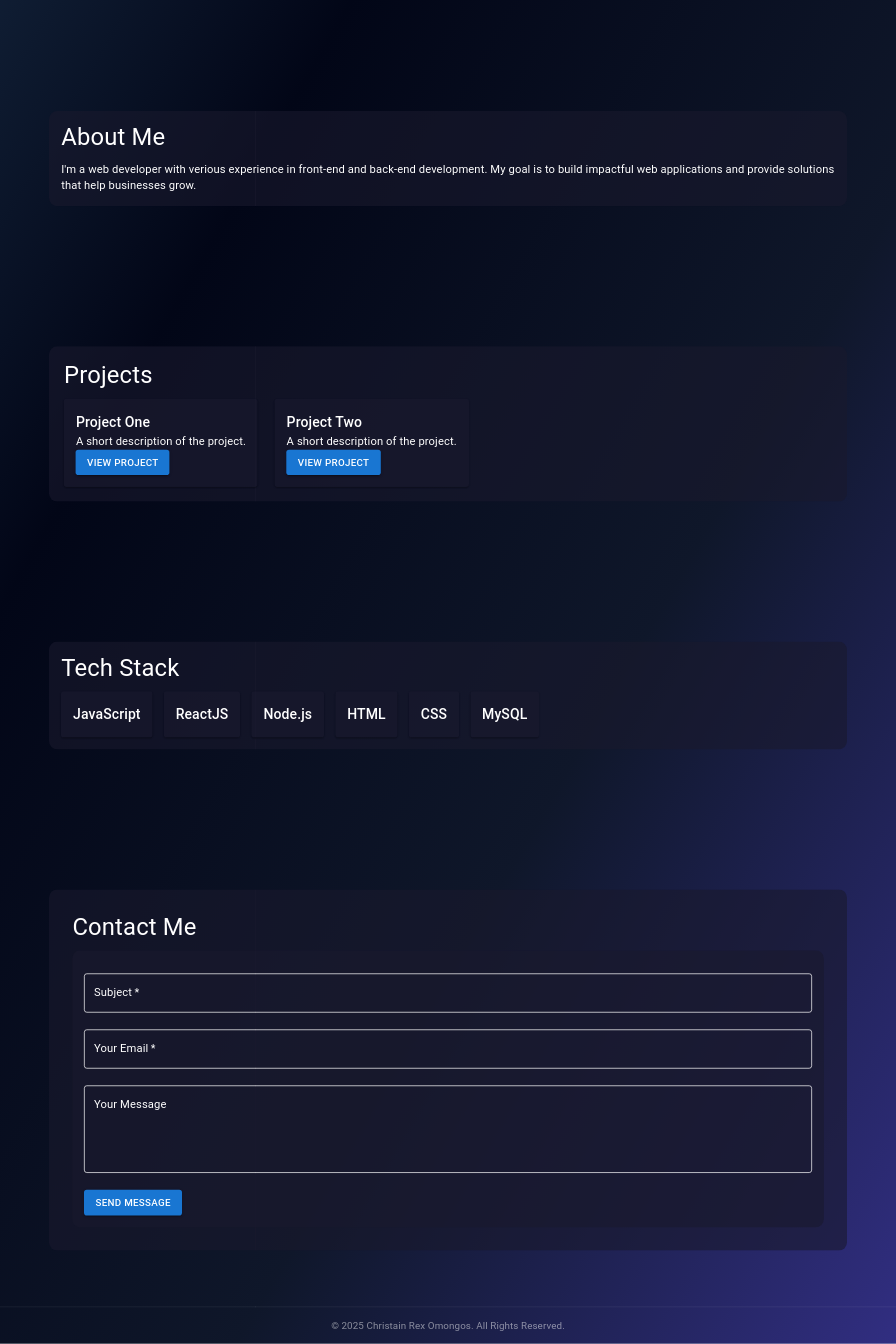
Repository: mikeshadowcoder/myWeb
Page: /
These files come from the project's save history. The page is drawn as it stood at one moment and after the next save; the edit follows.
The browser window is 1280 px wide. The pictures show the part of the page from y = 761 to 2681 px (the page is 2681 px tall before and 2679 px after), at 70% of full size.
The project was rebuilt for these pictures with package versions that can differ from the ones it lists, and the page was loaded fresh each time.

Above is the page before, as saved 2026-01-21 22:59:06.

After the next save:
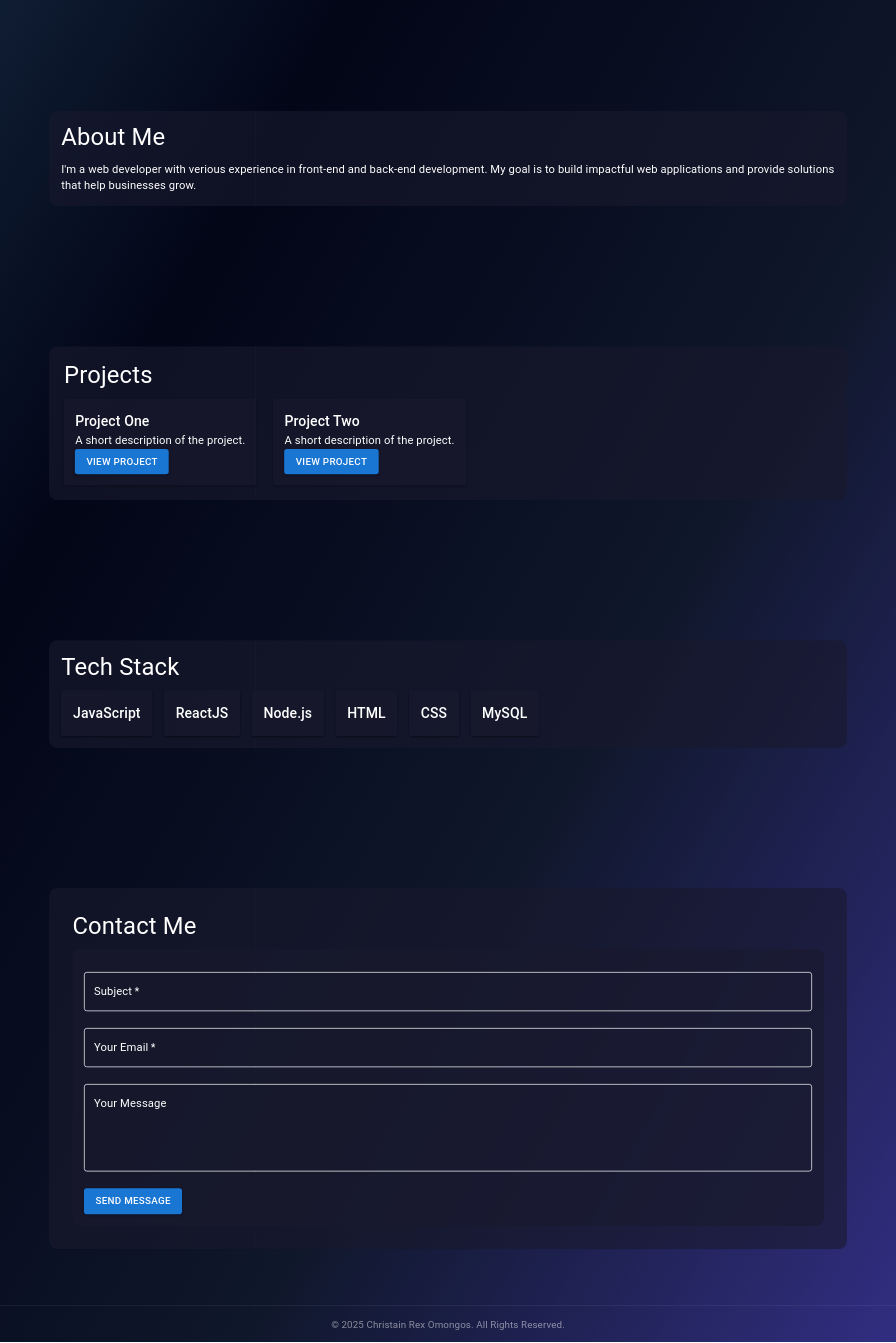
Saved 19 h 58 min later.
--- a/src/components/Content.js
+++ b/src/components/Content.js
@@ -27,7 +27,7 @@
         <Grid2 container spacing={3}>
           {projects.map((project, index) => (
             <Grid2 item xs={12} sm={6} key={index}>
-              <Paper className='box-container' sx={{ padding: 2, bgcolor: 'rgba(26, 26, 46, 0.6)', color: 'rgba(255, 255, 255, 1)'}}>
+              <Paper className='container' sx={{ padding: 2, bgcolor: 'rgba(26, 26, 46, 0.6)', color: 'rgba(255, 255, 255, 1)'}}>
                 <Typography variant="h6">{project.title}</Typography>
                 <Typography>{project.description}</Typography>
                 <Button variant="contained" href={project.link} target="_blank">
